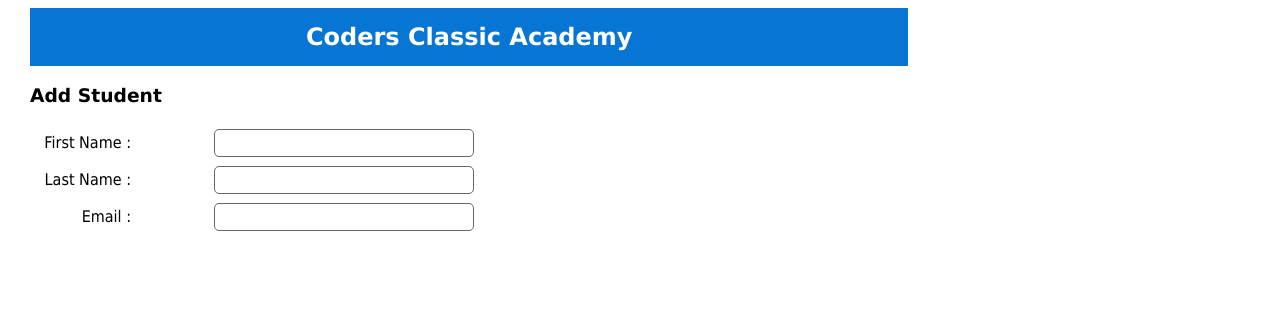
Repository: mangeshgayakwad2020/jsp_servlet
Page: http://localhost/StudentCrudDemo/add-student-form.jsp
These files come from the project's save history. The page is drawn as it stood at one moment and after the next save; the edit follows.
The browser window is 1280 px wide. The pictures show the whole page.
The page is served by Tomcat 9. Other server files are loaded and not shown.

Above is the page before, as saved 2019-08-22 14:12:53.

### StudentCrudDemo/WebContent/add-student-form.jsp
<!DOCTYPE html>
<html>

<head>
	<title>Add Student</title>

	<link type="text/css" rel="stylesheet" href="css/style.css" >
	<link type="text/css" rel="stylesheet" href="css/add-student-style.css" >
</head>

<body>

	<div id="wrapper">
		<div id="header">
			<h2 align="center">Coders Classic Academy</h2>
		</div>
	</div>

	<div id="container">
		<h3>Add Student</h3>

		<form action="StudentControllerServlet" method="get">
			<input type="hidden" name="command" value="ADD" />

			<table>
				<tbody>
					<tr>
						<td><label>First Name : </label></td>
						<td><input type="text" name="firstName" /></td>
					</tr>
					<tr>
						<td><label>Last Name : </label></td>
						<td><input type="text" name="lastName" /></td>
					</tr>
					<tr>
						<td><label>Email : </label></td>
						<td><input type="text" name="email" /></td>
					</tr>
				</tbody>
			</table>
		</form>
	</div>
</body>

</html>

### StudentCrudDemo/WebContent/css/style.css
html, body{
	margin-left:15px; margin-right:15px;
	padding:0px;
	font-family:Verdana, Arial, Helvetica, sans-serif;
}

table {
	border-collapse:collapse;
	border-bottom:1px solid gray;
	font-family: Tahoma,Verdana,Segoe,sans-serif;
	width:72%;
}

th {
	border-bottom:1px solid gray;
	background:none repeat scroll 0 0 #0775d3;
	padding:10px;
	color: #FFFFFF;
}

tr {
	border-top:1px solid gray;
	text-align:center;
}

tr:nth-child(even) {background: #FFFFFF}
tr:nth-child(odd) {background: #BBBBBB}

#wrapper {width: 100%; margin-top: 0px; }
#header {width: 72%; background: #0775d3; margin-top: 0px; padding:15px 0px 15px 0px;}
#header h2 {width: 100%; margin:auto; color: #FFFFFF;}
#container {width: 100%; margin:auto}
#container h3 {color: #000;}
#container #content {margin-top: 20px;}

.add-student-button {
	border: 1px solid #666;
	border-radius: 5px;
	padding: 4px;
	font-size: 12px;
	font-weight: bold;
	width: 120px;
	padding: 5px 10px;

	margin-bottom: 15px;
	background: #cccccc;
}

Loaded but not shown: StudentCrudDemo/WebContent/css/add-student-style.css (common file)

After the next save:
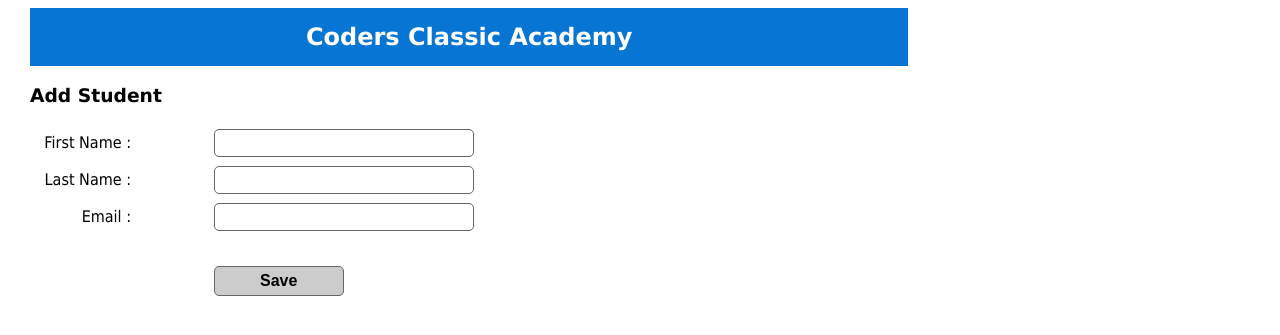
Saved 45 s later.
--- a/StudentCrudDemo/WebContent/add-student-form.jsp
+++ b/StudentCrudDemo/WebContent/add-student-form.jsp
@@ -36,6 +36,10 @@
 						<td><label>Email : </label></td>
 						<td><input type="text" name="email" /></td>
 					</tr>
+					<tr>
+						<td><label></label></td>
+						<td><input type="submit" value="Save" class="save" /></td>
+					</tr>
 				</tbody>
 			</table>
 		</form>
